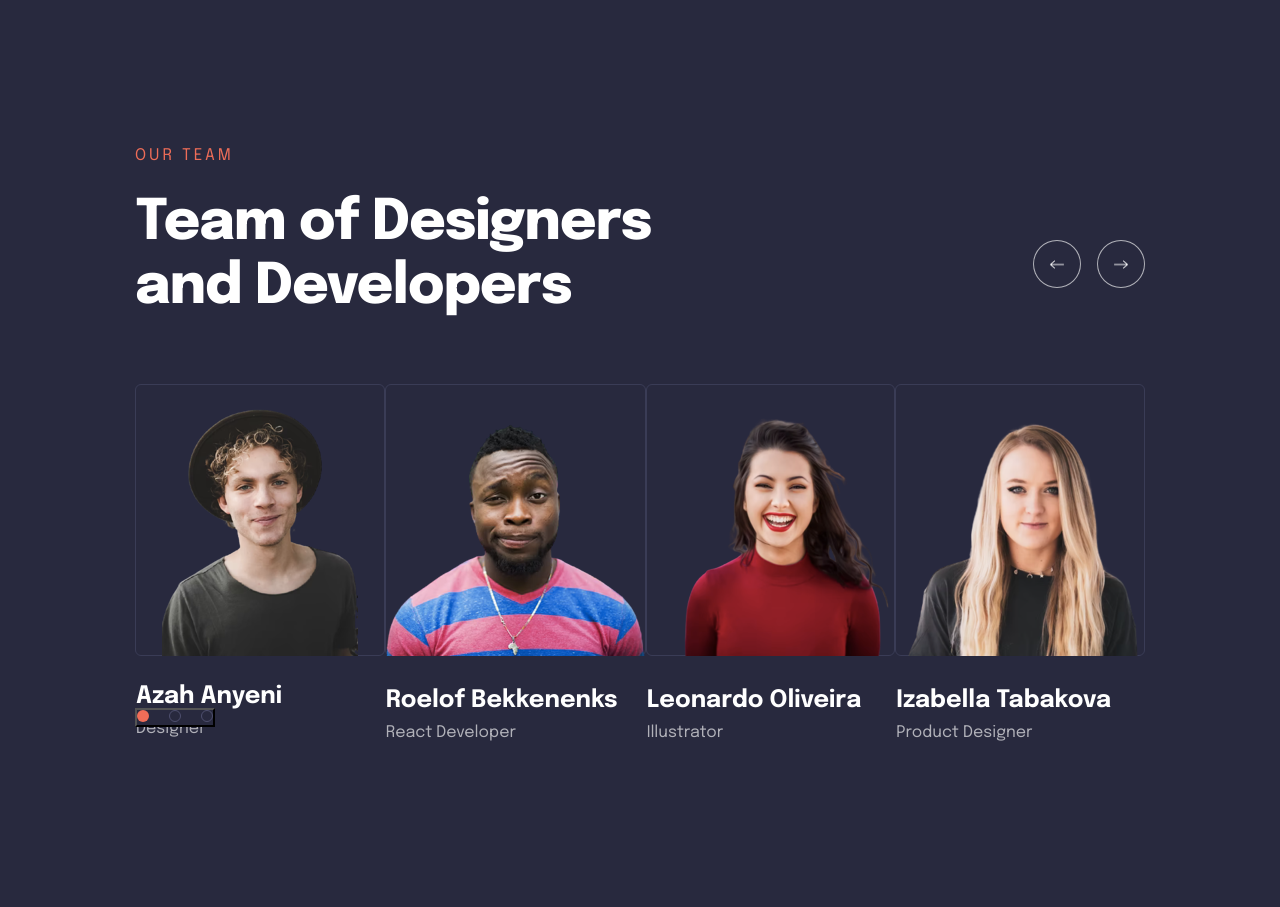
Repository: NatiqSamiyev/next-figma-project
Page: index.html
These files come from the project's save history. The page is drawn as it stood at one moment and after the next save; the edit follows.
The browser window is 1280 px wide. The pictures show the whole page.

Above is the page before, as saved 2023-08-21 15:39:48.

### index.html
<!DOCTYPE html>
<html lang="en">
<head>
    <meta charset="UTF-8">
    <meta name="viewport" content="width=device-width, initial-scale=1.0">
    <title>Document</title>
    <link rel="stylesheet" href="index.css">
</head>
<body>

    <div class="container">
        <div class="top-container">

            <div class="left">
                <h1>Our Team</h1>
                <h2>
                    Team of Designers
                    and Developers
                </h2>

            </div>

            <div class="right">

                    <button class="btn-1">
                        <img src="./image/Path.png" alt="">
                    </button>



                    <button class="btn-2">
                        <img src="./image/Path (1).png" alt="">
                    </button>


            </div>
        </div>


        <div class="image-box">
            <ul>
                <li class="first-child">
                    <div>
                        <img src="./image/Bitmap.svg" alt="">
                    </div>
                    <h3>Azah Anyeni</h3>
                    <p>Designer</p>
                </li>

                <li class="nth-child(2)">
                    <div>
                        <img src="./image/Bitmap (1).svg" alt="">
                    </div>
                    <h3>Roelof Bekkenenks</h3>
                    <p>React Developer</p>
                </li>

                <li class="nth-child(3)">
                    <div>
                        <img src="./image/Bitmap (2).svg" alt="">

                    </div>
                    <h3>Leonardo Oliveira</h3>
                    <p>Illustrator</p>
                </li>

                <li class="last-child">
                    <div>
                        <img src="./image/Bitmap (3).svg" alt="">

                    </div>
                    <h3>Izabella Tabakova</h3>
                    <p>Product Designer</p>
                </li>
            </ul>

        </div>

        <div class="bottom-container">
            <button>
                <img src="./image/pins.svg" alt="">
            </button>

        </div>


</body>
</html>

### index.css
@import url('https://fonts.googleapis.com/css2?family=Epilogue:wght@400;700;800&display=swap');
*{
    margin: 0;
    padding: 0;
    box-sizing: border-box;
}

.container{
    width: 100%;
    padding: 140px 135px 180px 135px;
    background-color: #28293E;

}

.top-container{
    display: flex;
    justify-content: space-between;

}

.left{
    width: 531px;
}

.left h1{
    color: var(--text-light-accent, #EF6D58);
    font-feature-settings: 'clig' off, 'liga' off;
    font-family: Epilogue;
    font-size: 16px;
    font-style: normal;
    font-weight: 400;
    line-height: 32px;
    letter-spacing: 3px;
    text-transform: uppercase;

}

.left h2{
    color: var(--text-light, #FFF);
    font-feature-settings: 'clig' off, 'liga' off;
    font-family: Epilogue;
    font-size: 56px;
    font-style: normal;
    font-weight: 800;
    line-height: 64px;
    letter-spacing: -1px;
    margin-top: 20px;

}

.right{
    display: flex;
    margin-top: 100px;
}

.right .btn-1{
    margin-right: 16px;


}

.right button{
    border: none;
    border:  1px solid  var(--text-light-gray, rgba(255, 255, 255, 0.64));;
    border-radius: 25px;
    width: 48px;
    height: 48px;
    background-color: #28293E;
    display: flex;
    justify-content: center;
    align-items: center;
}


.right  img{
    width: 14.001px;
    height: 9.001px;
    fill: #FFF;
}



.image-box{
    width: 100%;
    margin-top: 64px;
}

.image-box ul{
    display: flex;
    justify-content: space-between;
}

.image-box ul li{
    list-style-type: none;
    width: 270px;
    height: 272px;
    border-radius: 6px;
    border: 1px solid #3A3C56;
}

li:first-child img {
    width: 196px;
    height: 247px;
    display: flex;
    margin: auto;
    margin-top: 24px;
}

li:nth-child(2) img{
    width: 259px;
    height: 232px;
    margin-top: 39px;
}

li:nth-child(3) img{
    width: 205px;
    height: 238px;
    margin-left: 37px;
    margin-top: 33px;
}

.last-child img{
    width: 230px;
    height: 233px;
    margin-top: 38px;
    margin-left: 12px;
}


.image-box ul li h3{
    margin-top: 25px;
    color: var(--text-light, #FFF);
    font-feature-settings: 'clig' off, 'liga' off;
    font-family: Epilogue;
    font-size: 24px;
    font-style: normal;
    font-weight: 700;
    line-height: 32px;
}

.image-box ul li p{
    color: var(--text-light-gray, rgba(255, 255, 255, 0.64));
    font-feature-settings: 'clig' off, 'liga' off;
    font-family: Epilogue;
    font-size: 16px;
    font-style: normal;
    font-weight: 400;
    line-height: 32px;
}

.bottom-container{
    margin-top: 52px;


}

.bottom-container button{

    background: #28293E;




}

.bottom-container button img{
    width: 76px;
    height: 12px;



}

After the next save:
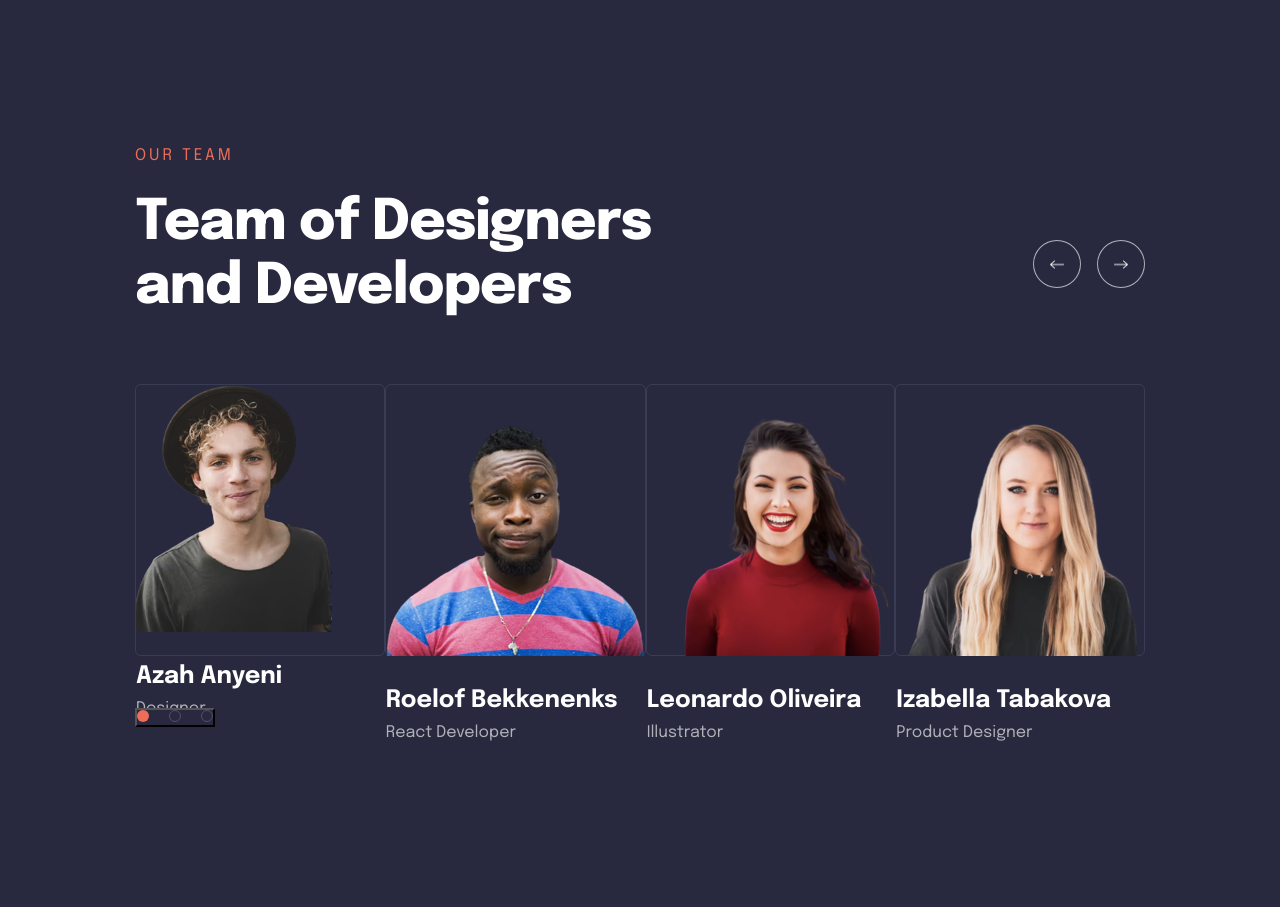
Saved 31 s later.
--- a/index.css
+++ b/index.css
@@ -101,9 +101,7 @@
 li:first-child img {
     width: 196px;
     height: 247px;
-    display: flex;
-    margin: auto;
-    margin-top: 24px;
+
 }
 
 li:nth-child(2) img{
